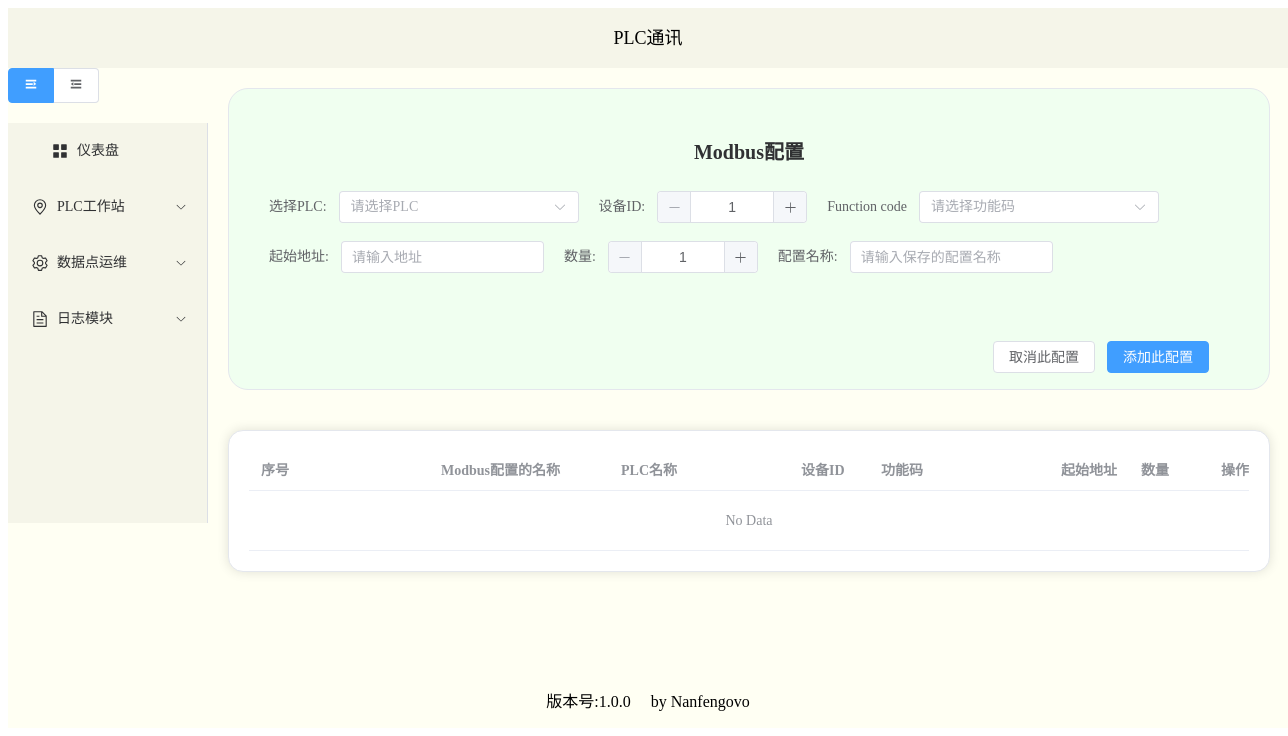
Repository: nanfengovo/HelperWorkStation
Page: /#/frameWork/DataPointOperations/Modbus (app in HelperWorkStation/plchelper-ui/)
An editor plug-in stored every save of this project. The page is shown before and after the next save, followed by the edit.
The browser window is 1280 px wide. The page is 1288 px wide, so the pictures cover 1288 px, including what lies to the right of the window. The pictures show the whole page.
The page's requests for data from a server got no answer. The project was rebuilt for these pictures with package versions that can differ from the ones it lists, and the page was loaded fresh each time. No one was signed in, and anything a server would have sent is missing. Also part of the build but not shown: HelperWorkStation/plchelper-ui/vite.config.ts, HelperWorkStation/plchelper-ui/src/views/Login/index.vue.

Above is the page before, as saved 2025-02-01 15:59:19.

### HelperWorkStation/plchelper-ui/index.html
<!DOCTYPE html>
<html lang="">
  <head>
    <meta charset="UTF-8">
    <link rel="icon" href="/icon-park-outline--cpu.png">
    <meta name="viewport" content="width=device-width, initial-scale=1.0">
    <title>PLCHelper Station</title>
  </head>
  <body>
    <div id="app"></div>
    <script type="module" src="/src/main.ts"></script>
  </body>
</html>

<style>
  #app{
    /* display: flex;
    justify-content: center;
    align-items: center; */
    height: 100vh;
    width: 100vw;
  }
</style>

### HelperWorkStation/plchelper-ui/src/main.ts
// import './assets/main.css'

import { createApp } from 'vue'
import ElementPlus from 'element-plus'
import 'element-plus/dist/index.css'
import { createPinia } from 'pinia'

import App from './App.vue'
import * as ElementPlusIconsVue from '@element-plus/icons-vue'
import router from './router'

const app = createApp(App)
app.use(router)
for (const [key, component] of Object.entries(ElementPlusIconsVue)) {
    app.component(key, component)
    }
app.use(ElementPlus)
app.use(createPinia())


app.mount('#app')

### HelperWorkStation/plchelper-ui/src/App.vue
<script setup lang="ts">
import {  RouterView } from 'vue-router'
import FrameWork from './views/FrameWork/index.vue'
import Login from './views/Login/index.vue'
</script>

<template>
  <div class="app">
    <RouterView />
  </div>

  <!-- <RouterView /> -->
</template>

<style scoped>
	html,body,#app{
      height: 100%;
      width: 100%;
	}
  .app{
    height: 100%;
    width: 100%;
  }
</style>

### HelperWorkStation/plchelper-ui/src/router/index.ts
import { createMemoryHistory, createRouter, createWebHashHistory, type RouteRecordRaw } from 'vue-router'
import frameWork from '../views/FrameWork/index.vue';
import Login from '../views/Login/index.vue';
import panel from '../views/FrameWork/layout/panel/index.vue';

// const routes: RouteRecordRaw[] = [];
const routes: Array<RouteRecordRaw> = [
    {
        path: '/',
        redirect: '/login'
    },
    {
        path: '/login',
        name: 'login',
        component: Login
    },
    {
        path: '/frameWork',
        name: '主页',
        component: frameWork,
        children: [
            {
                path: '/framework/panel',
                name: '仪表板',
                component: () => import('../views/FrameWork/layout/panel/index.vue'),
            },
            {
                path: '/frameWork/PLCWorkstation/Modbus',
                name: 'PLC工作站-Modbus',
                component: () => import('../views/FrameWork/layout/PLCWorkstation/Modbus/index.vue'),
            },
            {
                path: '/frameWork/PLCWorkstation/PLC',
                name: 'PLC工作站-PLC配置',
                component: () => import('../views/FrameWork/layout/PLCWorkstation/PLC/index.vue'),
            },
            {
                path: '/frameWork/PLCWorkstation/S7',
                name: 'PLC工作站-S7',
                component: () => import('../views/FrameWork/layout/PLCWorkstation/S7/index.vue'),
            },
            {
                path: '/frameWork/PLCWorkstation/OPC',
                name: 'PLC工作站-OPC',
                component: () => import('../views/FrameWork/layout/PLCWorkstation/OPC/index.vue'),
            },
            {
                path: '/frameWork/PLCWorkstation/FinsTCP',
                name: 'PLC工作站-FinsTCP',
                component: () => import('../views/FrameWork/layout/PLCWorkstation/FinsTCP/index.vue'),
            },
            {
                path: '/frameWork/DataPointOperations/Modbus',
                name: '数据点运维-Modbus',
                component: () => import('../views/FrameWork/layout/DataPointOperations/Modbus/index.vue'),
            },
            {
                path: '/frameWork/DataPointOperations/S7',
                name: '数据点运维-S7',
                component: () => import('../views/FrameWork/layout/DataPointOperations/S7/index.vue'),
            },
            {
                path: '/frameWork/DataPointOperations/Opc',
                name: '数据点运维-Opc',
                component: () => import('../views/FrameWork/layout/DataPointOperations/OPC/index.vue'),
            },
            {
                path: '/frameWork/DataPointOperations/FinsTCP',
                name: '数据点运维-FinsTCP',
                component: () => import('../views/FrameWork/layout/DataPointOperations/FinsTCP/index.vue'),
            },
            {
                path: '/frameWork/Log/Operation',
                name: '用户操作日志',
                component: () => import('../views/FrameWork/layout/Log/Operation/index.vue'),
            },
            {
                path: '/frameWork/Log/ReadWrite',
                name: '数据点读写日志',
                component: () => import('../views/FrameWork/layout/Log/ReadWrite/index.vue'),
            },

        ],


    },
];

const router = createRouter({
    history: createWebHashHistory(),
    routes,
});

export default router;

### HelperWorkStation/plchelper-ui/src/views/FrameWork/index.vue
<template>
    <div class="common-layout">
        <el-container>
            <div class="layout-header">
                <el-header>
                    PLC通讯
                </el-header>
            </div>
            <el-container>
                <el-aside width="200px" height="100vh" >
                    <el-radio-group v-model="isCollapse" style="margin-bottom: 20px">
                        <el-radio-button :value="false"><el-icon><Expand /></el-icon></el-radio-button>
                        <el-radio-button :value="true"><el-icon><Fold /></el-icon></el-radio-button>
                    </el-radio-group>
                    <el-menu
                        background-color="#f5f5e9"
                        default-active="1"
                        class="el-menu-vertical-demo"
                        :collapse="isCollapse"
                        @open="handleOpen"
                        @close="handleClose"
                        router
                    >
                        <el-menu-item index="/frameWork/panel">
                            <el-menu-item >
                                <el-icon><icon-menu /></el-icon>
                                <template #title>仪表盘</template>
                            </el-menu-item>
                        </el-menu-item>
                        <el-sub-menu index="2">
                        <template #title>
                            <el-icon><location /></el-icon>
                            <span>PLC工作站</span>
                        </template>
                        <el-menu-item-group >
                            <el-menu-item index="/frameWork/PLCWorkstation/PLC">PLC配置</el-menu-item>
                            <el-menu-item index="/frameWork/PLCWorkstation/Modbus">Modbus模块</el-menu-item>
                            <el-menu-item index="/frameWork/PLCWorkstation/S7">S7模块</el-menu-item>
                            <el-menu-item index="/frameWork/PLCWorkstation/OPC">OPC模块</el-menu-item>
                            <el-menu-item index="/frameWork/PLCWorkstation/FinsTCP">FinsTCP模块</el-menu-item>
                        </el-menu-item-group>
                        </el-sub-menu>
                        <el-sub-menu index="3">
                        <template #title>
                            <el-icon><Setting /></el-icon>
                            <span>数据点运维</span>
                        </template>
                        <el-menu-item-group >
                            <el-menu-item index="/frameWork/DataPointOperations/Modbus">Modbus数据点配置</el-menu-item>
                            <el-menu-item index="/frameWork/DataPointOperations/S7">S7数据点配置</el-menu-item>
                            <el-menu-item index="/frameWork/DataPointOperations/Opc">OPC数据点配置</el-menu-item>
                            <el-menu-item index="/frameWork/DataPointOperations/FinsTCP">FinsTCP数据点模块</el-menu-item>
                        </el-menu-item-group>
                        </el-sub-menu>
                        <el-sub-menu index="4">
                        <template #title>
                            <el-icon><Document /></el-icon>
                            <span>日志模块</span>
                        </template>
                        <el-menu-item-group >
                            <el-menu-item index="/frameWork/Log/Operation">操作日志</el-menu-item>
                            <el-menu-item index="/frameWork/Log/ReadWrite">读写日志</el-menu-item>
                        </el-menu-item-group>
                        </el-sub-menu>
                    </el-menu>
                </el-aside>
                    <el-container>
                        <el-main>
                            <!-- <div class="main-header"> -->
                            <!-- <div class="main-header-breadcrumb"> -->
                                <!-- 面包屑 -->
                                <!-- <el-breadcrumb :separator-icon="ArrowRight"
                                                style="cursor: pointer; margin: 10px 0; display:inline-block;margin-left: 10px; ">
                                                <el-breadcrumb-item  >面包屑导航</el-breadcrumb-item>
                                </el-breadcrumb>
                            </div> -->
                            <!-- <div class="main-header-tab">
                                <el-tab>
                                    <el-tabs
                                    v-model="tablist"
                                    type="card"
                                    editable
                                    class="demo-tabs"
                                    @tab-click="pushTo"
                                >
                                    <el-tab-pane
                                    v-for="item in tablist"
                                    :key="item.name"
                                    :label="item.name"
                                    :name="item.name"
                                    >
                                    {{ item.path }}
                                    </el-tab-pane>
                                </el-tabs>
                                </el-tab>
                            </div> -->
                        <!-- </div> -->
                            <RouterView/>
                        </el-main>
                    </el-container>
            </el-container>
                <el-footer class="fixed-footer" >
                    <span>版本号:{{SoftVersion}}</span>&nbsp;&nbsp;&nbsp;&nbsp;
                    <span>by {{ SoftAuthor }}</span>
                </el-footer>
        </el-container>
    </div>
</template>

<script lang="ts" setup>
import { ref } from 'vue'
import { useRouter } from 'vue-router';
import routes from '../../router/index';
import {
    Document,
    Menu as IconMenu,
    Location,
    Setting,
    ArrowRight,
} from '@element-plus/icons-vue'
import type { TabPaneName } from 'element-plus'



const SoftVersion = ref('1.0.0')
const SoftAuthor = ref('Nanfengovo')


import { useRoute } from 'vue-router'
import router from '../../router/index';
const route = useRoute()
const pathList = ref()

console.log('route', route)// 获取当前路由
console.log('route.matched', route.matched)// 获取当前路由匹配到的路由记录
console.log('route.matched[0].children', route.matched[0].children)// 获取当前路由匹配到的路由记录

const tablist = ref(route.matched[0].children)
const isCollapse = ref(false)

let tabIndex = 1;

// const pushTo = (tab: TabPaneName) => {
//     router.push(tab)
// }


</script>

<style>
.el-menu-vertical-demo:not(.el-menu--collapse) {
    width: 200px;
    min-height: 400px;
}
.layout-header {
    background-color: #f5f5e9;
    color: black;
    text-align: center;
    line-height: 60px;
    font-size: 18px;
}

.common-layout{
    display: flex;
    flex-direction: column;
    min-height: 100vh;
    background-color: #fffff3;
}
.fixed-footer {
    background-color: #fffff3; /* 根据需要设置背景颜色 */
    padding: 10px; /* 根据需要设置内边距 */
    text-align: center; /* 根据需要设置文本对齐方式 */
    margin-bottom: 20px;
    height: 30px;
    font-size: 16px;
}
.main-header{
    border: red 1px solid;
    width: 100%;
    height: 30px;
}
/* .main-header-breadcrumb{
    border: green 1px solid;
    margin: 10px;
    width: 100%;
    height: 30px;
} */
.main-header-tab
{
    border: blue 1px solid;
    width: 100%;
    height: 30px;
}
.demo-tabs {
    border: 1px solid orangered;
    width: 60px;
    height: 30px;
    border-radius: 4px;
}
.demo-tabs>.el-tab-pane {
    border-bottom: 1px solid #ebeef5;
}
</style>

### HelperWorkStation/plchelper-ui/src/views/FrameWork/layout/DataPointOperations/Modbus/index.vue
<template>
    <div class="modbus">
        <el-card class="modbusconfig-card" shadow="hover">
            <div class="modbus-header">
                <div class="card-top-top">
                        <h4>Modbus配置</h4>
                </div>
                <el-form :model="modbusConfig" class="modbusConfig-form">
                    <div class="content">
                        <el-form-item label = "选择PLC:">
                            <el-select
                            v-model="selectedPLC"
                            placeholder="请选择PLC"
                            style="width: 240px"
                            :loading="isLoading"
                            >
                            <!-- 加载中显示提示 -->
                            <el-option v-if="isLoading" disabled label="加载中..." value="" />

                            <!-- 数据加载完成后的选项 -->
                            <el-option
                                v-for="item in PLCList"
                                :key="item.value"
                                :label="item.label"
                                :value="item.value"
                            />
                            </el-select>
                        </el-form-item>
                        <el-form-item label = "设备ID:">
                            <el-input-number v-model="slaveId" :min="1"   />
                        </el-form-item>
                        <el-form-item label="Function code" class="function-code" >
                                <el-select
                                    v-model="functionCodes"
                                    style="width: 240px;"
                                    placeholder="请选择功能码"
                                    clearable
                                >
                                    <el-option label="01 Read Coils（0x）" value="01 Read Coils（0x）" />
                                    <el-option value="02 Read Discrete Inputs (1x)" />
                                    <el-option value="03 Read Holding Registers (4x)" />
                                    <el-option value="04 Read Input Registers (3x)" />
                                    <el-option value="05 Write Single Coil" />
                                    <el-option value="06 Write Single Register" />
                                    <el-option value="15 Write Multiple Coils" />
                                    <el-option value="16 WriteMultipleRegisters" />
                                </el-select>
                        </el-form-item>
                        <el-form-item label="起始地址:" >
                            <el-input v-model="address" placeholder="请输入地址" />
                        </el-form-item>
                        <el-form-item label = "数量:">
                            <el-input-number v-model="num" :min="1" :max="32"  />
                        </el-form-item>
                        <el-form-item label = "配置名称:">
                            <el-input v-model="ModbusName" placeholder="请输入保存的配置名称" />
                        </el-form-item>
                    </div>

                    <div class="btn-group">
                        <el-button @click="cancel">取消此配置</el-button>
                        <el-button type="primary" @click = "AddMobusConfig">添加此配置</el-button>
                    </div>
                </el-form>
            </div>
        </el-card>


        <el-card style="width: 100%" shadow="always" class="Modbus-card" >
            <el-table :data="ModbusData" stripe style="width: 100%" >
                <el-table-column prop="id" label="序号" width="180" />
                <el-table-column prop="modbusName" label="Modbus配置的名称" width="180" />
                <el-table-column prop="plcName" label="PLC名称" width="180" />
                <el-table-column prop="slaveId" label="设备ID" />
                <el-table-column prop="functionCode" label="功能码" width = "180" />
                <el-table-column prop="startAddress" label="起始地址" />
                <el-table-column prop="num" label="数量" />
                <el-table-column label="操作" width="400">
                    <template #default="scope">
                        <el-button type="success" @click="Start(scope.$index, scope.row)">启用</el-button>
                        <el-button type="info" @click="WatchStatus(scope.$index, scope.row)">监控状态</el-button>
                        <el-button type="warning" @click="Stop(scope.$index, scope.row)">停用</el-button>
                        <el-button type="primary" @click="Edit(scope.$index, scope.row)">修改</el-button>
                        <el-button type="danger" plain @click="Delete(scope.$index, scope.row)">删除</el-button>
                    </template>
                </el-table-column>
            </el-table>
        </el-card>
    </div>
</template>
<script setup lang = "ts">
import { Watch } from '@element-plus/icons-vue';
import axios from 'axios';
import { ElMessage, ElMessageBox, ElNotification } from 'element-plus';
import { onMounted, reactive, ref } from 'vue';

// const modbusConfig = reactive({
//     functionCodes: '',
//     address: ''
// });


const num = ref(1);
const slaveId = ref(1);
const functionCodes = ref('');
const address = ref('');
const quantity = ref('');
const ModbusName = ref('');
const selectedPLC = ref(''); // 用于存储用户选择的值
const PLCList = ref([]);       // 存储格式化后的选项
const isLoading = ref(true);   // 加载状态

// interface ModbusData {
//     id: number;
//     mobusName: string;
//     plcName: string;
//     slaveId: number;
//     functionCode: string;
//     StartAddress: string;
//     num: number;
// }

const ModbusData = ref<Array<{ id: number, modbusName: string, plcName: string,slaveId: number, functionCode: string,StartAddress: string,num: number}>>([]);

//下拉框数据
const GetAllPLCConfig = async () => {
    try{
        const response = await axios.get("http://127.0.0.1:5264/api/ModbusConfig/GetPLCConfig");

    // 将字符串数组转换为 { label: string, value: string } 格式
    PLCList.value = response.data.map((item: any) => ({
      label: item,   // 显示名称
      value: item    // 绑定值（与 label 相同）
    }));

    isLoading.value = false;
    }

    catch (error) {
        ElMessage({
            message: "获取PLC列表失败,请检查后端是否启动!",
            type: 'error',
        });
    isLoading.value = false;
    }
    // console.log(response.data);
    // PLCList = response.data;
    // console.log(PLCList);
}
//加载下拉框数据
onMounted(() => {
    GetModbusData();
    GetAllPLCConfig();
});

//取消配置
const cancel = () => {
    if(selectedPLC.value === '' && functionCodes.value === '' && address.value === '' && quantity.value === '' && ModbusName.value === ''){
        ElMessage({
            message: "表单为空,无需清空!",
            type: 'warning',
        });
        return;
    }
    ElMessageBox.confirm(
    '继续操作将删除该配置,是否继续?',
    'Warning',
    {
        confirmButtonText: '继续此操作将会清空表单',
        cancelButtonText: '取消',
        type: 'warning',
    }
    )
.then(() => {
    // 清空表单

    functionCodes.value = '';
    slaveId.value = 1;
    address.value = '';
    quantity.value = '';
    selectedPLC.value = '';
    num.value = 1;
    ModbusName.value = '';
    ElMessage({
                message: "已清空!",
                type: 'success',
            });
});
}

//表格数据--ModbusData
const GetModbusData = async () => {
    try{
        // const ModbusData = ref<ModbusData[]>([]);
        const response = await axios.get("http://127.0.0.1:5264/api/ModbusConfig/GetModbusConfug");
        console.log(response.data);
        ModbusData.value = response.data;
        console.log(ModbusData.value);
    }
    catch (error) {
    console.error('获取Modbus配置失败:', error);
    }
}


//新增配置
const AddMobusConfig = async () => {
            try{
                if(ModbusName.value === '' || selectedPLC.value === ''  || functionCodes.value === '' || address.value === '' ){
                    ElNotification({
                        title: 'Modbus配置提示',
                        message: '请填写完整的Modbus配置!',
                        type: 'warning',
                    });
                    return;
                }
                const modbusConfig = {
                    modbusName: ModbusName.value,
                    plcName: selectedPLC.value,
                    slaveId: slaveId.value,
                    functionCode: functionCodes.value,
                    startAddress: address.value,
                    num: num.value,
                };
                console.log(modbusConfig);
                const response = await axios.post("http://127.0.0.1:5264/api/ModbusConfig/AddModbusConfug",modbusConfig,{
                    headers: { 'Content-Type': 'application/json' },
                });
                if(response.data.code === 200) {
                    ElNotification({
                        title: 'Modbus配置提示',
                        message: '新增Modbus配置成功!',
                        type: 'success',
                    });
                    GetModbusData();
                } else {
                    ElNotification({
                        title: 'Modbus配置提示',
                        message: response.data.message,
                        type: 'warning',
                    });
                }
            }catch (error:any) {
                ElNotification({
                        title: '异常提示',
                        message: error.message,
                        type: 'error',
                    });
            }
        }
</script>

<style >
.content{
    display: flex;
    margin: 20px;
    flex-wrap: wrap;
}
.modbusConfig-form .el-form-item{
    margin-right: 20px;
}
.btn-group{
    display: flex;
    justify-content: right;
    margin-right: 40px;
    margin-top: 50px;
}
.function-code>.el-select{
    width: 240px;
}
.modbusconfig-card{
    width: 100%;
    height: 300px;
    background-color: #F0FFF0;
    border-radius: 20px;
}
.card-top-top h4{
    font-size: 20px;
    font-weight: bold;
    text-align: center;
}
.content-plc{
    margin-left: 40px;
}
.demo-form-inline .el-select {
    --el-select-width: 220px;
}
.Modbus-card{
    margin-top: 40px;
    border-radius: 15px;
}

</style>

After the next save:
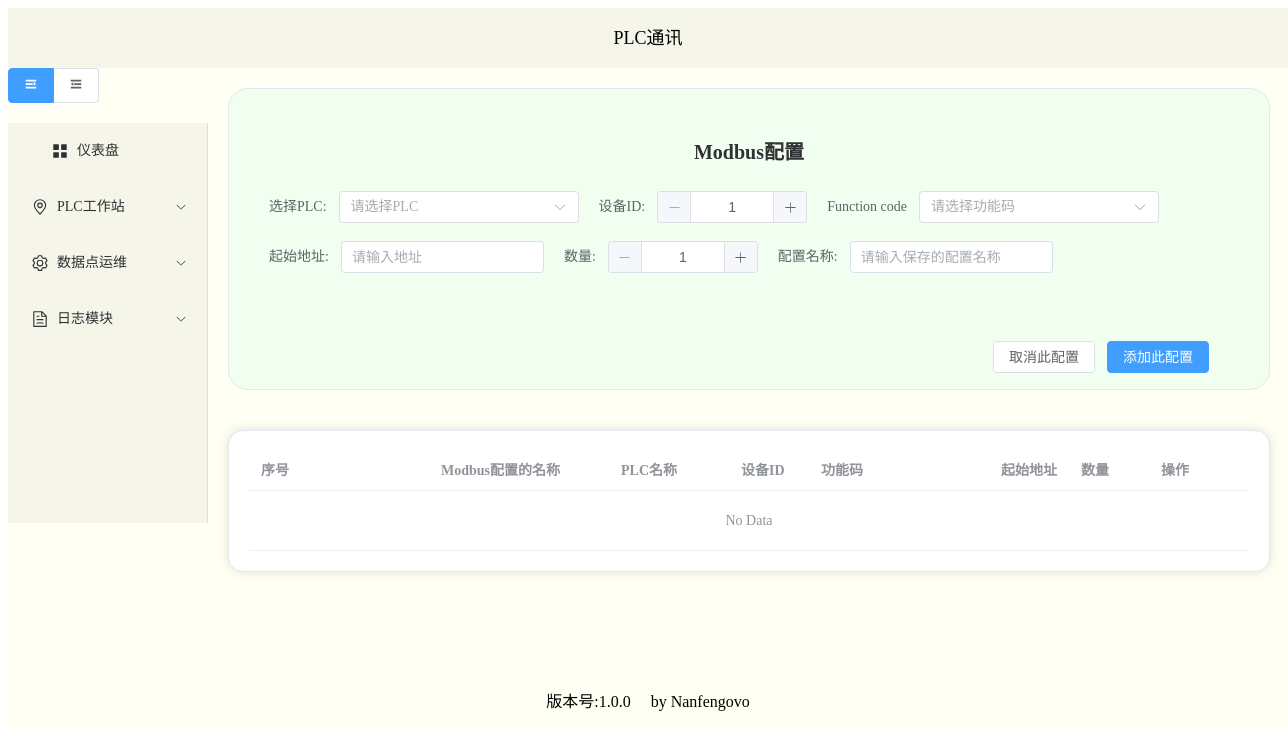
Saved 21 s later.
--- a/HelperWorkStation/plchelper-ui/src/views/FrameWork/layout/DataPointOperations/Modbus/index.vue
+++ b/HelperWorkStation/plchelper-ui/src/views/FrameWork/layout/DataPointOperations/Modbus/index.vue
@@ -70,7 +70,7 @@
             <el-table :data="ModbusData" stripe style="width: 100%" >
                 <el-table-column prop="id" label="序号" width="180" />
                 <el-table-column prop="modbusName" label="Modbus配置的名称" width="180" />
-                <el-table-column prop="plcName" label="PLC名称" width="180" />
+                <el-table-column prop="plcName" label="PLC名称" width="120" />
                 <el-table-column prop="slaveId" label="设备ID" />
                 <el-table-column prop="functionCode" label="功能码" width = "180" />
                 <el-table-column prop="startAddress" label="起始地址" />
